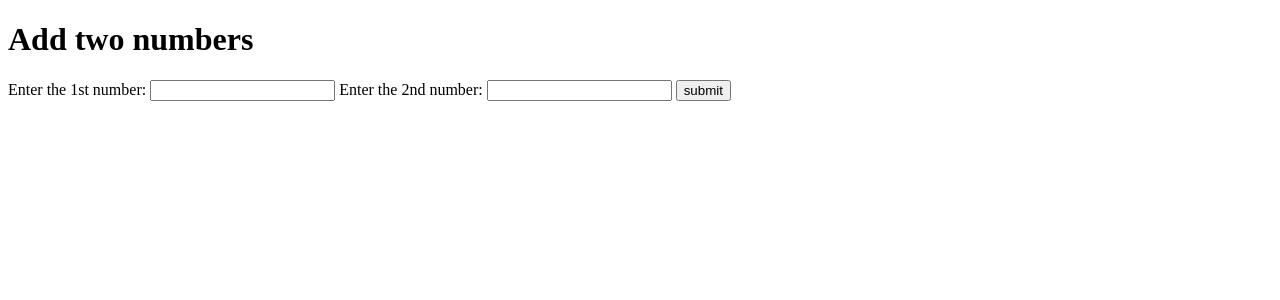
Repository: SangeethaShetty1990/Test
Page: JspExample1/WebContent/Add.html
An editor plug-in stored every save of this project. The page is shown before and after the next save, followed by the edit.
The browser window is 1280 px wide. The pictures show the whole page.

Above is the page before, as saved 2020-01-11 04:40:49.

### JspExample1/WebContent/Add.html
<!DOCTYPE html>
<html>
<head>
<meta charset="ISO-8859-1">
<title>Insert title here</title>
</head>
<body>
<form action ="add">
<h1>Add two numbers</h1>
Enter the 1st number: <input type ="text" name="num1">
Enter the 2nd number: <input type ="text" name="num2">
<input type="submit" value= "submit">
</form>
</body>
</html>

After the next save:
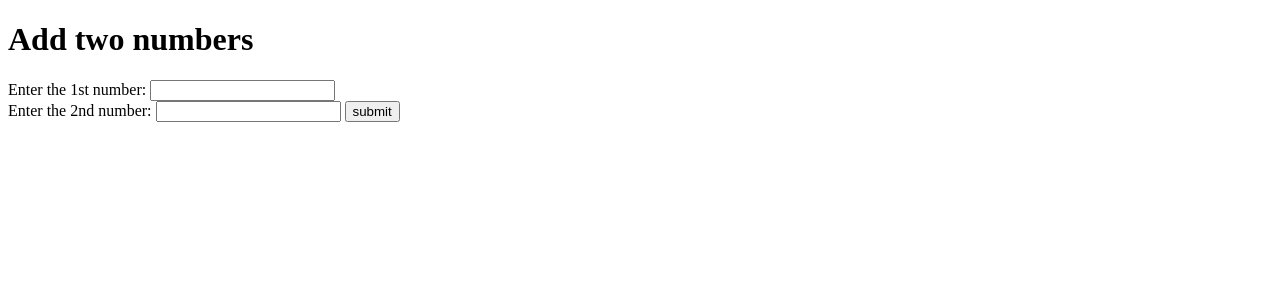
Saved 23 s later.
--- a/JspExample1/WebContent/Add.html
+++ b/JspExample1/WebContent/Add.html
@@ -7,7 +7,7 @@
 <body>
 <form action ="add">
 <h1>Add two numbers</h1>
-Enter the 1st number: <input type ="text" name="num1">
+Enter the 1st number: <input type ="text" name="num1"><br>
 Enter the 2nd number: <input type ="text" name="num2">
 <input type="submit" value= "submit">
 </form>
